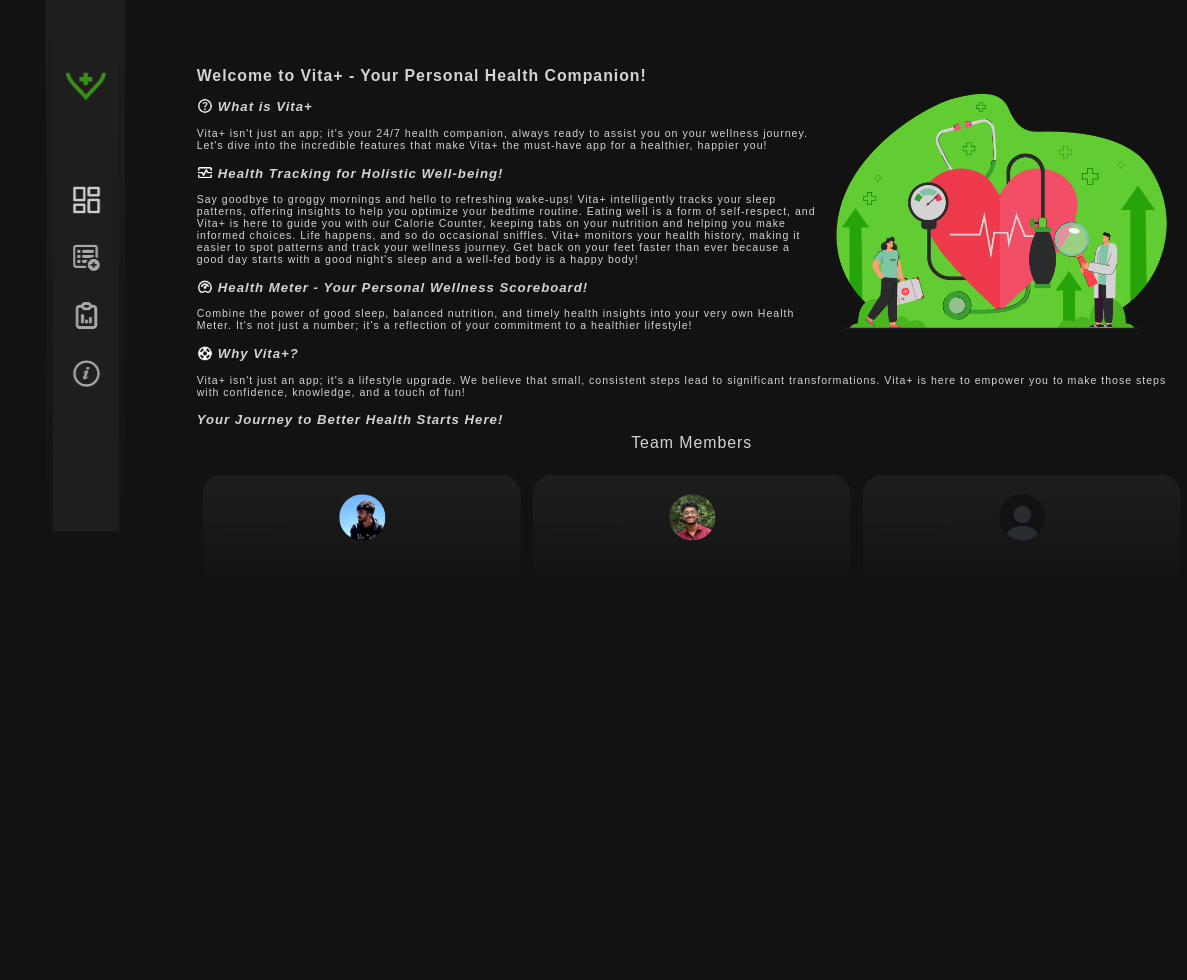
Repository: mhmd-bilal/health-analytics-dashboard
Page: http://localhost/project/info.jsp
An editor plug-in stored every save of this project. The page is shown before and after the next save, followed by the edit.
The browser window is 1280 px wide. The page is 1798 px wide, so the pictures cover 1798 px, including what lies to the right of the window. The pictures show the whole page, at 66% of full size.
Some web fonts or font styles are not loaded; a fallback is used. Some web libraries are served in a nearby version. The page is served by Tomcat 10. Other server files are loaded and not shown.

Above is the page before, as saved 2023-12-06 16:13:32.

### project/src/main/webapp/info.jsp
<%@ page import="project.SleepCalculator" %>
  <%@ page import="project.CaloriesCalculator" %>
    <%@ page import="project.IllnessCalculator " %>

      <html>

      <head>
        <meta charset="UTF-8">
        <meta name="viewport" content="width=device-width, initial-scale=1.0">
        <title>Your Health Dashboard</title>
        <link rel="stylesheet" href="https://fonts.googleapis.com/css?family=Kanit">
        <link rel="stylesheet" type="text/css" href="styles2.css">
        <meta name="viewport" content="width=device-width, initial-scale=1">
        <script src='https://cdnjs.cloudflare.com/ajax/libs/jquery/3.2.1/jquery.min.js'></script>
<link rel="stylesheet" href="https://fonts.googleapis.com/icon?family=Material+Icons">
        <script>
          // Use fetch to trigger the SleepAnalyticsServlet on page load
          function fetchSleepAnalytics() {
            fetch('SleepAnalyticsServlet')
              .then(response => response.text())
              .then(data => {
                // Optional: You can add logic to update the UI based on the response from the servlet
                console.log(data);
              })
              .catch(error => {
                console.error('Error:', error);
              });
          }
          function submitForm() {
            var inputValue = document.getElementById("inputValue").value;

            fetch('SaveToDatabaseServlet', {
              method: 'POST',
              headers: {
                'Content-Type': 'application/x-www-form-urlencoded',
              },
              body: 'inputValue=' + encodeURIComponent(inputValue),
            })
              .then(response => response.json())
              .then(data => {
                alert(data.message);
                if (data.recordAdded) {
                  alert('Record added successfully!');
                }
              })
              .catch(error => {
                console.error('Error:', error);
              });
          }

          function redirectToAddRecordPage() {
            window.location.href = 'addrecord.jsp';
          }



        </script>

      </head>
      <body style="overflow:hidden">
      <div class="sidenav">
    <a href="#" style="padding-bottom: 100px;padding-left: 10px;"><img style="width: 95%;filter: brightness(1);" src="logo.png"></a>
    <a class="active" href="index2.jsp"><img src="dashboard.png"></a>
    <a href="add.jsp"><img src="add.png"></a>
    <a href="anal.jsp"><img src="anal.png"></a>
    <a href="info.jsp"><img src="info.png"></a>
  </div>
        <div style="font-spacing:1px;margin-top:100px;height: fit-content;" class="main">
              <img src="infograhic.png" class="infograhic" height="400px" ></p>

                  <h2 style="font-weight: bolder;">Welcome to Vita+ - Your Personal Health Companion!</h2>
<p style="font-weight: bold;font-style:italic;font-size: 20px;;"><img src="help.png" style="margin-bottom:-5px;height:25px;filter: invert(100%)"> What is Vita+</p>
Vita+ isn't just an app; it's your 24/7 health companion, always ready to assist you on your wellness journey. Let's dive into the incredible features that make Vita+ the must-have app for a healthier, happier you!

<p style="font-weight: bold;font-style:italic;font-size: 20px;"><img src="health.png" style="margin-bottom:-5px;height:25px;filter: invert(100%)"> Health Tracking for Holistic Well-being!</p>
<p>Say goodbye to groggy mornings and hello to refreshing wake-ups! Vita+ intelligently tracks your sleep patterns, offering insights to help you optimize your bedtime routine. Eating well is a form of self-respect, and Vita+ is here to guide you with our Calorie Counter, keeping tabs on your nutrition and helping you make informed choices. Life happens, and so do occasional sniffles. Vita+ monitors your health history, making it easier to spot patterns and track your wellness journey. Get back on your feet faster than ever because a good day starts with a good night's sleep and a well-fed body is a happy body!</p>

<p style="font-weight: bold;font-style:italic;font-size: 20px;"><img src="hmeter.png" style="margin-bottom:-5px;height:25px;filter: invert(100%)"> Health Meter - Your Personal Wellness Scoreboard!</p>
Combine the power of good sleep, balanced nutrition, and timely health insights into your very own Health Meter. It's not just a number; it's a reflection of your commitment to a healthier lifestyle!

<p style="font-weight: bold;font-style:italic;font-size: 20px;"><img src="us.png" style="margin-bottom:-5px;height:25px;filter: invert(100%)"> Why Vita+?</p>
Vita+ isn't just an app; it's a lifestyle upgrade. We believe that small, consistent steps lead to significant transformations. Vita+ is here to empower you to make those steps with confidence, knowledge, and a touch of fun!

<p style="font-weight: bold;font-style:italic;font-size: 20px;">Your Journey to Better Health Starts Here!

      </div>

  <div class="main" style="text-align: center;margin-top: -10px;">
    <h2 style="font-weight: 400;">Team Members</h2>
    <div class="choose">
        <div class="choose-card" style="height: 80%;">
        <a class="choose-btn" href="https://www.linkedin.com/in/rithisnaha/"><img src="1.png" style="border-radius:50%"></a>
    </div>
        <div class="choose-card" style="height: 80%;">
        <a class="choose-btn" href="https://www.linkedin.com/in/mohammed-bilal-3640991a7/"><img src="2.png" style="border-radius:50%"></a>
    </div>
        <div class="choose-card" style="height: 80%;">
        <a class="choose-btn" href="https://www.linkedin.com/in/lalith-kumaresan-50a994272/")"><img src="3.png" style="border-radius:50%"></a>
        </div>
    </div>

</div>

      </body>

      </html>

### project/src/main/webapp/styles2.css
body {
  font-family: "Montserrat", sans-serif;
  letter-spacing: 1.5px;
  background-color: #121212;
}

.sidenav {
  align-items: center;
  height: 100%;
  width: 100px;
  position: fixed;
  z-index: 1;
  top: 0;
  left: 0;
  background-color: #1E1E1E;
  overflow-x: hidden;
  padding-top: 75px;
  margin-left: 70px;
  margin-right: 100px;
  margin-top: 0px;
  border: 10px solid;
  border-image: linear-gradient(to bottom, #1E1E1E, #121212) 1;
}

.sidenav img {
  width: 75%;
}

.sidenav a {
  padding: 6px 6px 30px 25px;
  text-decoration: none;
  font-size: 25px;
  color: #d3d3d3;
  display: block;
  filter: brightness(0.8);
  transition: 0.2s;
}

.sidenav a:hover {
  filter: brightness(1.75);
}

.active img {
  filter: brightness(2);
}


.main {
  margin-left: 290px;
  margin-top: 100px;
  color: #d3d3d3;
  width: 1500px;
  height: 820px;
}

.container {
  display: flex;
}

.moodenter {
  border: 0px;
  border-radius: 25px;
  height: 50px;
  line-height: normal;
  color: #282828;
  display: block;
  width: 90%;
  box-sizing: border-box;
  user-select: auto;
  font-size: 16px;
  padding: 0 6px;
  padding-left: 30px;
  outline: none;
  background-color: #d3d3d3;
  margin-right: 10px;

}

.subbtn {
  width: 10%;
  display: inline-block;
  outline: none;
  cursor: pointer;
  font-size: 14px;
  line-height: 1;
  border-radius: 500px;
  transition-property: background-color, border-color, color, box-shadow, filter;
  transition-duration: .3s;
  border: 0px;
  letter-spacing: 2px;
  min-width: 160px;
  text-transform: uppercase;
  white-space: normal;
  font-weight: 700;
  text-align: center;
  padding: 16px 14px 18px;
  color: #fff;
  background-color: #49b51f;
  height: 48px;

  :hover {
    filter: brightness(1.75);
  }

}

.analytics_container {
  width: 100%;
  height: 60%;
  background-color: #121212;
  display: flex;
}

.pie {
  width: 40%;
}

.count {
  background-color: #1E1E1E;
  width: 60%;
  border: solid 8px transparent;
  border-radius: 80px;
  display: grid;
  background-image: linear-gradient(#1E1E1E, #1E1E1E), linear-gradient(to bottom, #1E1E1E, #121212);
  background-origin: border-box;
  background-clip: padding-box, border-box;
}

.counts {
  display: flex;
  margin-bottom: -60px;
}

.health-meter {
  padding: 0px 0px 10px 70px;
  display: flexbox;
  width: 83.5%;
}

.card {
  background-color: none;
  padding: 70px 0px 10px 70px;
  display: flexbox;
  width: 22.5%;
  height: 60%;
  height: 45%;
}

.count-icon {
  width: 60px;
  margin-left: -5px;
}

.count-text {
  font-size: 25px;
  line-height: 0px;
  font-weight: bolder;
  font-style: normal;
  margin-top: 30px;
}

.count-count {
  font-size: 18px;
  line-height: 0px;
  font-weight: lighter;
  margin-top: -12px;

}

.pbbg {
  background-color: #282828;
  width: 100%;
  height: 3%;
  border-radius: 80px;
}

.pb {
  background-color: #49b51f;
  height: 100%;
  border-radius: 80px;
}

.choose {
  width: 100%;
  height: 20%;
  background-color: #121212;
  display: flex;
}

.choose-card {
  height: 120%;
  width: 33%;
  align-items: center;
  text-align: center;
  background-image: linear-gradient(to bottom, #1E1E1E, #121212);
  ;
  border: #121212 solid 9px;
  border-radius: 40px 40px 0px 0px;
  padding: 30px 0px 0px 1px;
  transition: 1s;
  margin-top: 5px;
}

.choose-card a {
  background-color: transparent;
  outline: none;
  border: none;
}

.choose-card:hover {
  translate: 0 -5px;
}

#formFrame {
  margin-top: 200px;
}

.choose-card img {
  height: 70px;
}


.main-entry {
  width: 100%;
  height: 20%;
  text-align: center;
  color: #d3d3d3;
}

.date-pick {
  background-color: #1E1E1E;
  color: white;
  outline: none;
  border: none;
  border-radius: 25px;
  padding: 10px;
}

.subbtnentry {
  width: 40px;
  height: 30px;
  display: inline-block;
  outline: none;
  cursor: pointer;
  font-size: 14px;
  line-height: 1;
  border-radius: 500px;
  transition-property: background-color, border-color, color, box-shadow, filter;
  transition-duration: .3s;
  border: 0px;
  letter-spacing: 2px;
  min-width: 160px;
  text-transform: uppercase;
  white-space: normal;
  font-weight: 600;
  text-align: center;
  padding: 5px;
  color: #fff;
  background-color: #49b51f;
}
.chartFrame{
	outline: none;
	border: none;
	margin-top: 30px;
}

.md{
	text-align: center;
	color: #d3d3d3;
	z-index: 1;
	position: absolute;
	margin-top: -260px;
	margin-left: 245px;
}

.infograhic{
	z-index: 1;
	position: relative;
	padding-top: 20px;
	float: right;
}
@media screen and (max-height: 450px) {
  .sidenav {
    padding-top: 15px;
  }

  .sidenav a {
    font-size: 18px;
  }
}

After the next save:
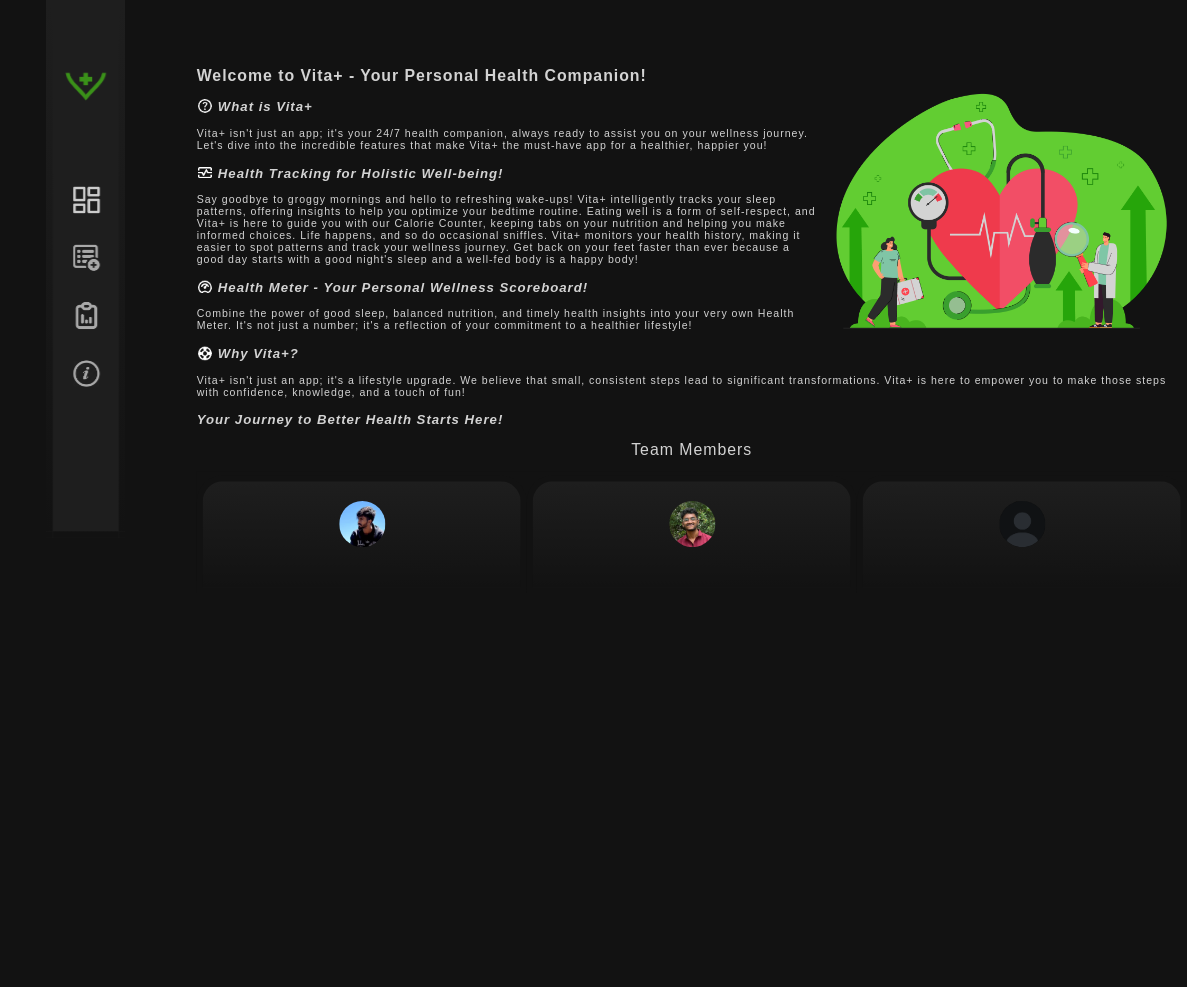
Saved 54 s later.
--- a/project/src/main/webapp/info.jsp
+++ b/project/src/main/webapp/info.jsp
@@ -85,7 +85,7 @@ Vita+ isn't just an app; it's a lifestyle upgrade. We believe that small, consis
 
       </div>
 
-  <div class="main" style="text-align: center;margin-top: -10px;">
+  <div class="main" style="text-align: center;margin-top: 0px;">
     <h2 style="font-weight: 400;">Team Members</h2>
     <div class="choose">
         <div class="choose-card" style="height: 80%;">
